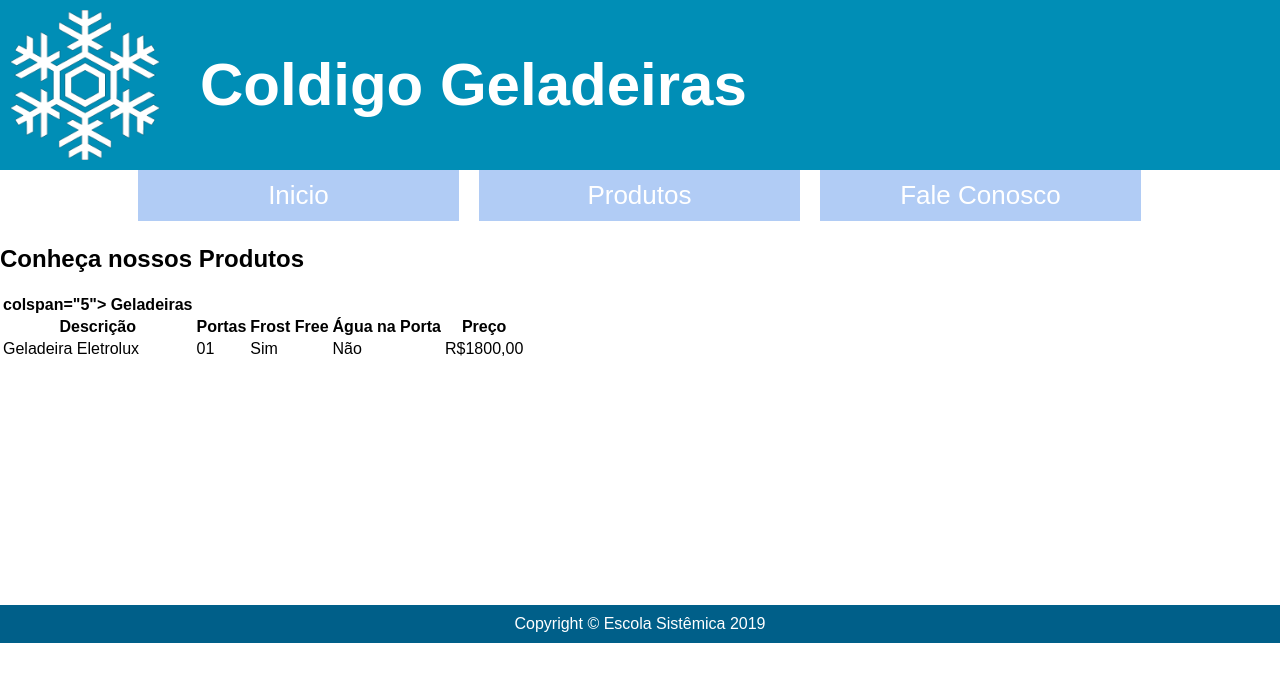
Repository: VandersonCani/Front-End
Page: ProjetoTrilhaWeb/src/main/webapp/WEB-INF/pages/site/produtos.html
The author's editor kept a copy of each file at every save. The page is drawn from the files as they stood at one save, then again after the next save.
The browser window is 1280 px wide. The pictures show the whole page.

Above is the page before, as saved 2024-05-08 00:20:49.

After the next save:
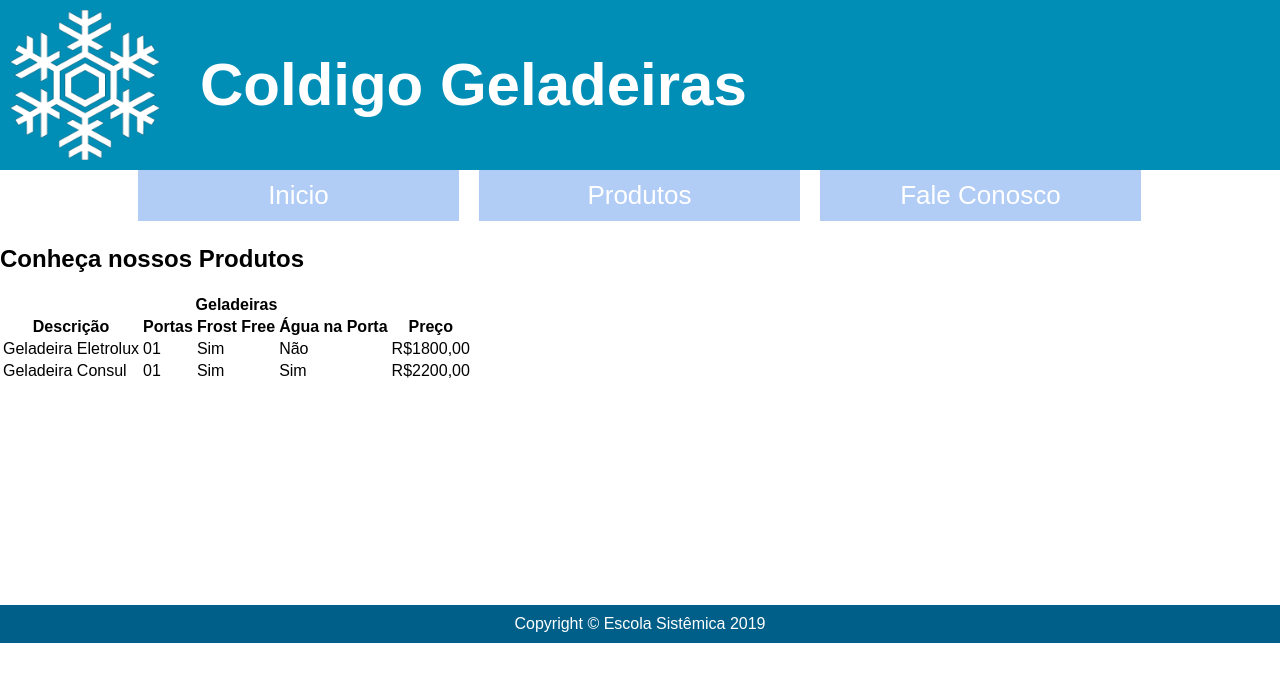
Saved 2 min 8 s later.
--- a/ProjetoTrilhaWeb/src/main/webapp/WEB-INF/pages/site/produtos.html
+++ b/ProjetoTrilhaWeb/src/main/webapp/WEB-INF/pages/site/produtos.html
@@ -25,7 +25,7 @@
 		<table>
 			<thead>
 				<tr>
-					<th> colspan="5"> Geladeiras</th>
+					<th colspan="5"> Geladeiras</th>
 				</tr>
 				<tr>
 					<th>Descrição</th>
@@ -43,6 +43,13 @@
 					<td>Não</td>
 					<td>R$1800,00</td>
 				</tr>
+								<tr>
+					<td>Geladeira Consul</td>
+					<td>01</td>
+					<td>Sim</td>
+					<td>Sim</td>
+					<td>R$2200,00</td>
+				</tr>
 			</tbody>
 		</table>
 	</section>
